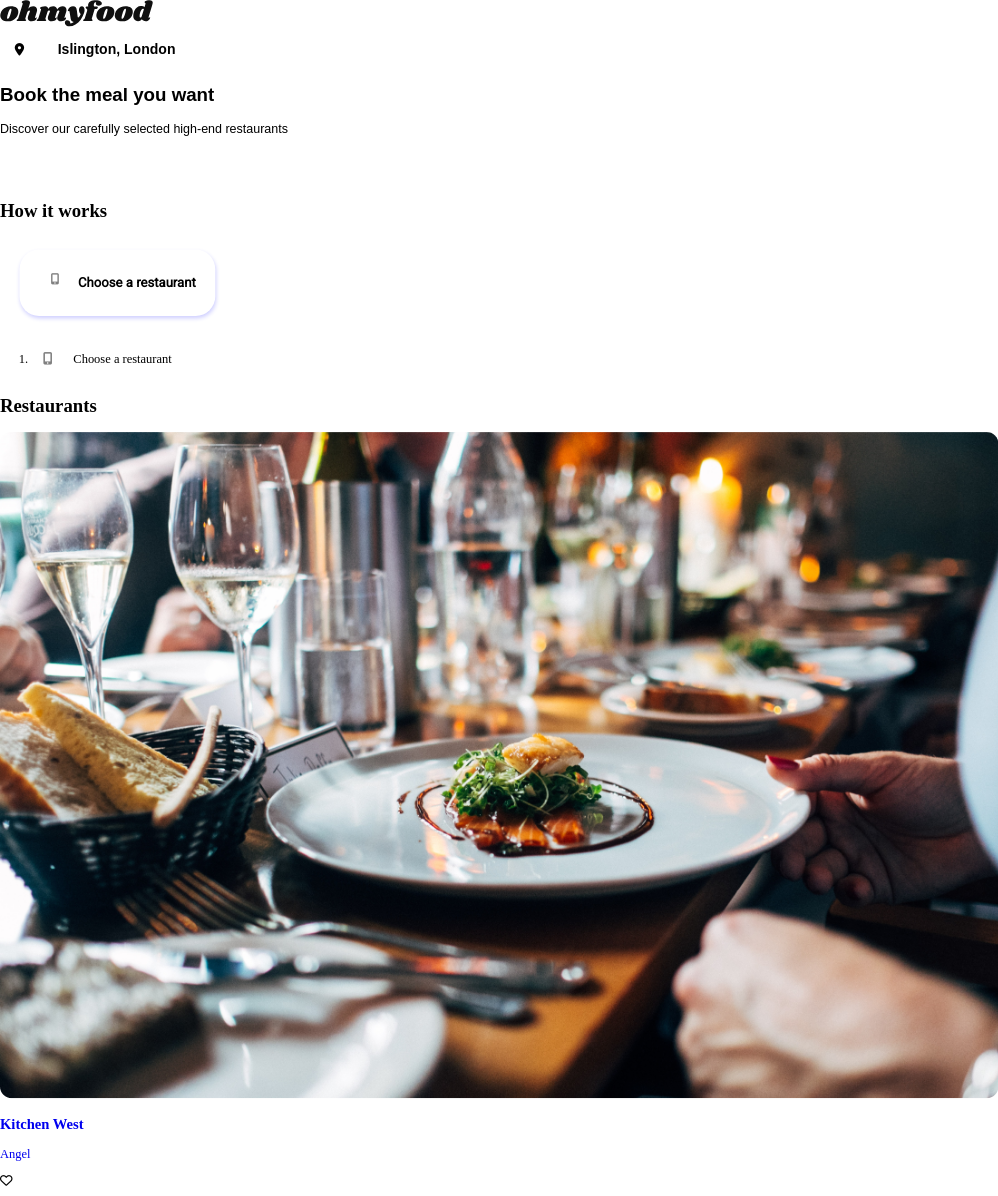
Repository: R1ptou/Project-3
Page: index.html
These files come from the project's save history. The page is drawn as it stood at one moment and after the next save; the edit follows.
The browser window is 1280 px wide. The pictures show the whole page, at 78% of full size.
Some web fonts or font styles are not loaded; a fallback is used. The style sheet was rebuilt from its Sass, Less or Tailwind sources for each picture, by a compiler version that may differ from the author's.

Above is the page before, as saved 2024-03-21 15:46:09.

### index.html
<!DOCTYPE html>
<html lang="en">
<head>
    <meta charset="UTF-8">
    <meta name="viewport" content="width=device-width, initial-scale=1.0">
    <title>ohmyfood</title>
    <link rel="preconnect" href="https://fonts.googleapis.com">
    <link rel="preconnect" href="https://fonts.googleapis.com">
    <link rel="preconnect" href="https://fonts.gstatic.com" crossorigin>
    <link href="https://fonts.googleapis.com/css2?family=Roboto&family=Shrikhand&display=swap" rel="stylesheet">
    <link rel="stylesheet" href="https://cdnjs.cloudflare.com/ajax/libs/font-awesome/6.2.1/css/all.min.css"
        integrity="sha512-MV7K8+y+gLIBoVD59lQIYicR65iaqukzvf/nwasF0nqhPay5w/9lJmVM2hMDcnK1OnMGCdVK+iQrJ7lzPJQd1w=="
        crossorigin="anonymous" referrerpolicy="no-referrer">
    <link rel="stylesheet" href="./css/style.css">
</head>
<body>
<!-- Header -->
    <div class="main-container">
        <header>
            <div class="logo"> <!-- Logo -->
               <img  src="./Images and text Ohmyfood/images/logo/ohmyfood@2x.svg" alt="ohmyfood logo" >
            </div>
            <form class="search-bar"> <!-- Search bar -->
                <div class="icon-search"><i class="text-black fa-solid fa-location-dot"></i></div>
                <input class="input-search" value="Islington, London" type="text">
            </form>
            <div class="headline"> <!-- Headline -->
                <h2>Book the meal you want</h2>
                <p>Discover our carefully selected high-end restaurants</p>
            </div>
            <button type="submit" class="button-search">Explore our restaurants</button> <!-- Submit button -->
        </header>
    </div>

<!-- How it works -->
    <main>
        <section >
            <h2>How it works</h2>
            <div class="card-group">
            <a href="#" class="card">
            <i class="icon-no"> 1 </i>
            <i class="icon-pic fa-solid fa-mobile-screen-button"></i>
            <h3 class="card-text">Choose a restaurant</h3>
            </a>
            </div>
        </section>

        <section>
            <ol class="list-group">
                <li class="list-item">
                    <span class="icon-no">1</span>
                    <span class="icon-pic fa-solid fa-mobile-screen-button"></span>
                    <span class="card-text">Choose a restaurant</span>
                </li>
            </ol>
        </section>

<!-- Restaurants -->
        <section>
            <h2>Restaurants</h2>

            <a href="#" class="restaurant-card">
                <img class="card-img" src="./Images and text Ohmyfood/images/restaurants/jay-wennington-N_Y88TWmGwA-unsplash.jpg" alt="">
                      <div class="card-content">
                        <h3 class="card-title">Kitchen West</h3>
                        <p class="card-subtitle">Angel</p>
                      </div>
            </a>
            <div class="heart">
                <span class="fa-solid fa-heart heart-icon heart-full"></span>
                <span class="fa-regular fa-heart heart-icon heart-empty"></span>

            </div>

        </section>

<!-- Header -->
<!-- Footer -->
    </main>
</body>
</html>

### scss/style.scss
/****** General ***********/
@import "base";
@import "variables";
@import "list-group";
@import "card";
@import "button";




/****** Header ***********/

/****** Logo ***********/

/****** Search bar ***********/

.search-bar {
    display: flex;
}

.icon-search {
    display: flex;
    justify-content: center;
    align-items: center;
    width: 50px;
    height: 50px;
    flex-shrink: 0;

}

.input-search {
    display: flex;
    border-width: 0;
    border-style: none;
    padding: 0 24px;
    font-weight: bold;
    font-size: 18px;
}
.input-search:focus {
    outline: none;
}

/****** Headline ***********/

.headline {
    font-family: "Shrikhand", sans-serif;
}


/****** Submit button ***********/



/****** How it works ***********/

.icon-pic {
    display: inline-flex;
    background: none;
    color: grey;
    width: 20px;
    height: 20px;
    padding: 15px;
    flex-shrink: 0;
}

.icon-pic:hover {
    color: var(--primary-color);
}

.icon-no {
    position: absolute;

    background: var(--primary-color);
    border-radius: 50%;
    border: none;
    font: 0.9rem "Roboto", sans-serif;
    color: #fff;
    text-align: center;
    width: 15px;
    height: 15px;
    padding: 5px;
    flex-shrink: 0;
}

/****** Restaurants ***********/

.heart {
    position: relative;
    display:inline-block;
    height: 24px;
    width: 24px;
}

.heart-icon {
    position: absolute;
    display: inline-block;
    height: 24px;
    width: 24px;
    color: var(--primary-color);
}

.heart-empty {
    transition: opacity 1s;
    opacity: 1s;
}

.heart-full {
    transition: opacity 1s;
    opacity: 1s;
    background-image: var(--gradient);
    background-clip: text;
    -webkit-background-clip: text;
    color: transparent;
}

.heart:hover .heart-full {
    opacity: 1s;
}

.heart:hover .heart-empty {
    opacity: 0;
}

/****** Starters ***********/


/****** Mains ***********/


/****** Deserts ***********/


/****** Button ***********/

.btn {
    background-color: var(--primary-color);
}

/****** Label ***********/


/****** Icon ***********/


/****** Footer ***********/

### scss/_base.scss
body {
    margin: 0;
    padding: 0;
    color: #000;
    }

a {
        text-decoration: none;
    }

### scss/_variables.scss
    $primary-color: #9356DC; // button, badge, icon hover
    $secondary-color: #FF79DA; // button gradient
    $tertiary-color: #99E2D0; // element hue
    $quaternary-color: #008766; // badge font
    $quinary-color: #7E7E7E; // icons
    $senary-color: #F6F6F6; // background hue (off-white)
    $septenary-color: #EAEAEA; // form field background
    $octonary-color: #353535; // footer

    $gradient: linear-gradient(60deg, #9356DC, #FF79DA);

### scss/_list-group.scss
.list-group {

}


.list-item {

}

### scss/_card.scss
.card-group {
    display: flex;
    flex-wrap: wrap;
    padding: 16px 25px;
}

.card {
    display: flex;
    flex-direction: row;
    padding: 16px 25px;
    background: #fff;
    border-radius: 25px;
    box-shadow: 1px 3px 6px 0px rgba(0, 0, 255, .2);
    font: 0.9rem "Roboto", sans-serif;
    color: #000;
}

.card-img {
    object-fit: cover;
    width: 100%;
    border-radius: 15px;
}

### scss/_button.scss
.button-search{
    padding: 16px 25px;
    color: #fff;
    font-weight: bold;
    background-color: var(--secondary-color);
    border-radius: 25px;
    border: none;
    justify-content: center;
}

.button-search:hover {


    background-color: var(--secondary-color);
    border-radius: 0 15px 15px 0px;
    border: none;
}

After the next save:
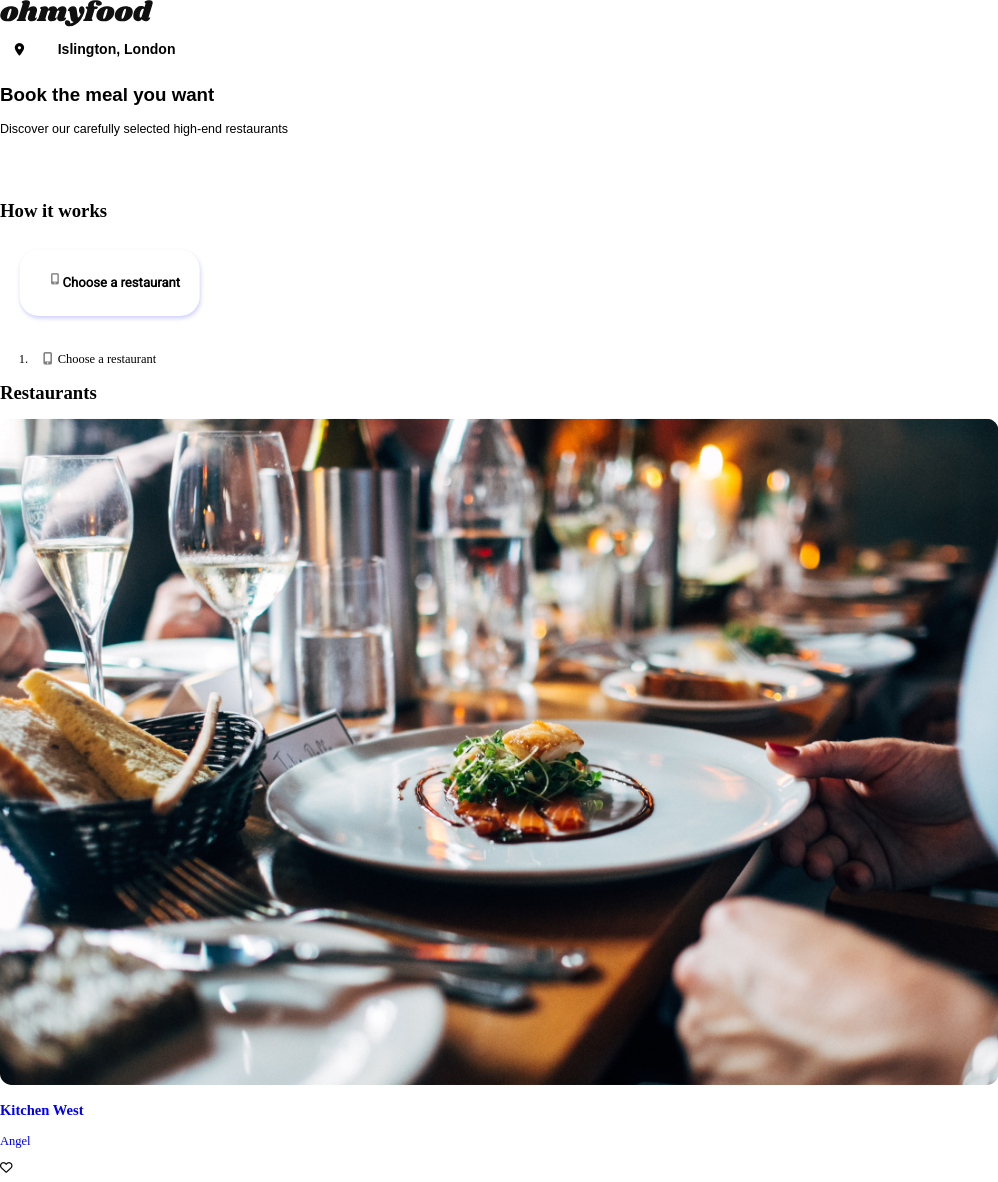
Saved 51 s later.
--- a/scss/_card.scss
+++ b/scss/_card.scss
@@ -1,3 +1,8 @@
+* {
+    box-sizing: border-box;
+}
+
+
 .card-group {
     display: flex;
     flex-wrap: wrap;
@@ -20,3 +25,5 @@
     width: 100%;
     border-radius: 15px;
 }
+
+/****** Restaurants ***********/
